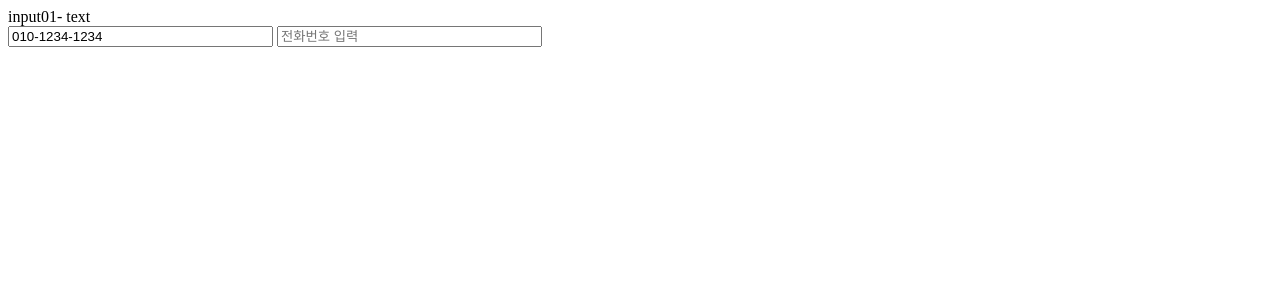
Repository: jjb5442/JSP
Page: 3Day/workspace/02_HTML_tutorial/src/main/webapp/08_Tutorial.html
An editor plug-in stored every save of this project. The page is shown before and after the next save, followed by the edit.
The browser window is 1280 px wide. The pictures show the whole page.

Above is the page before, as saved 2022-05-14 03:12:14.

After the next save:
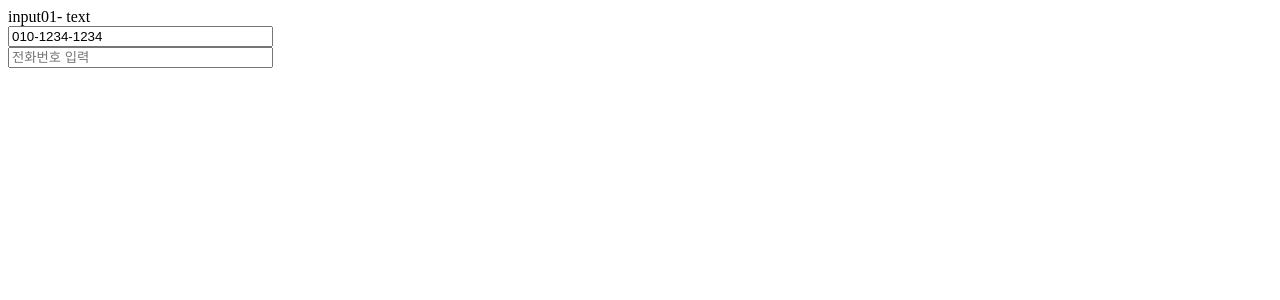
Saved 24 s later.
--- a/3Day/workspace/02_HTML_tutorial/src/main/webapp/08_Tutorial.html
+++ b/3Day/workspace/02_HTML_tutorial/src/main/webapp/08_Tutorial.html
@@ -11,8 +11,8 @@
 	<!-- size : input태그의 너비를 설정 -->
 	<!-- maxlength : input태그 최대 입력 글자 수 -->
 	<!-- value : 초기값 지정-->
-	<input type="text" size="30" maxlength="20" value="010-1234-1234">
+	<input type="text" size="30" maxlength="20" value="010-1234-1234"><br/>
 	<!-- placeholder : input태그에 입력할 데이터에 대한 힌트를 출력 -->
-	<input type="text" size="30" maxlength="20" placeholder="전화번호 입력">
+	<input type="text" size="30" maxlength="20" placeholder="전화번호 입력"><br/>
 </body>
 </html>
